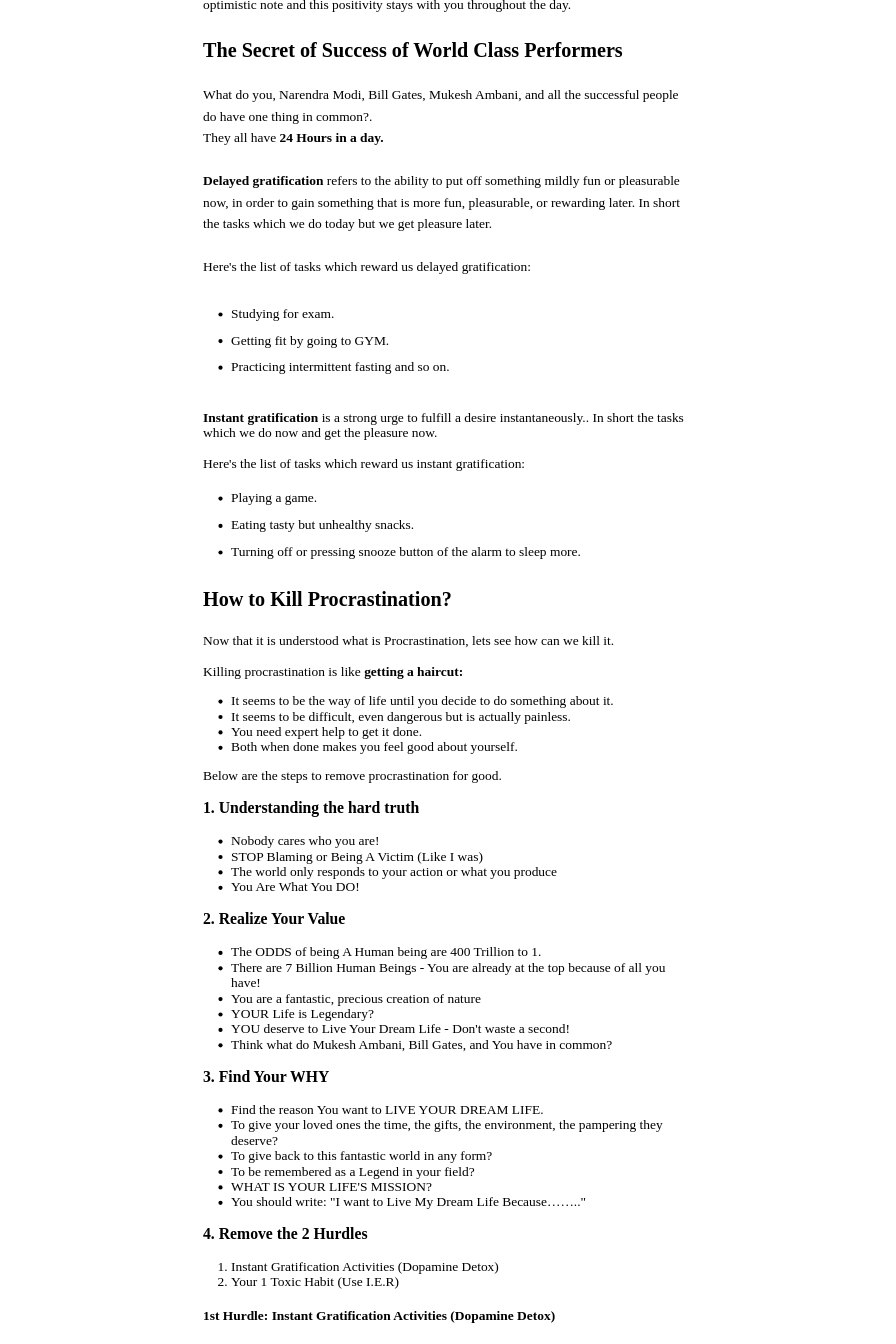
Repository: PuneetP16/Portfolio
Page: Wake Up At 5 AM Every Single Day Like Clockwork.html
The author's editor kept a copy of each file at every save. The page is drawn from the files as they stood at one save, then again after the next save.
The browser window is 1280 px wide. The pictures show the part of the page from y = 866 to 2786 px (the page is 4204 px tall before and 4020 px after), at 70% of full size.
A picture or video elsewhere on the page could not be fetched, so the positions and the page height are approximate. Some web fonts or font styles are not loaded; a fallback is used.

Above is the page before, as saved 2021-12-10 02:39:56.

After the next save:
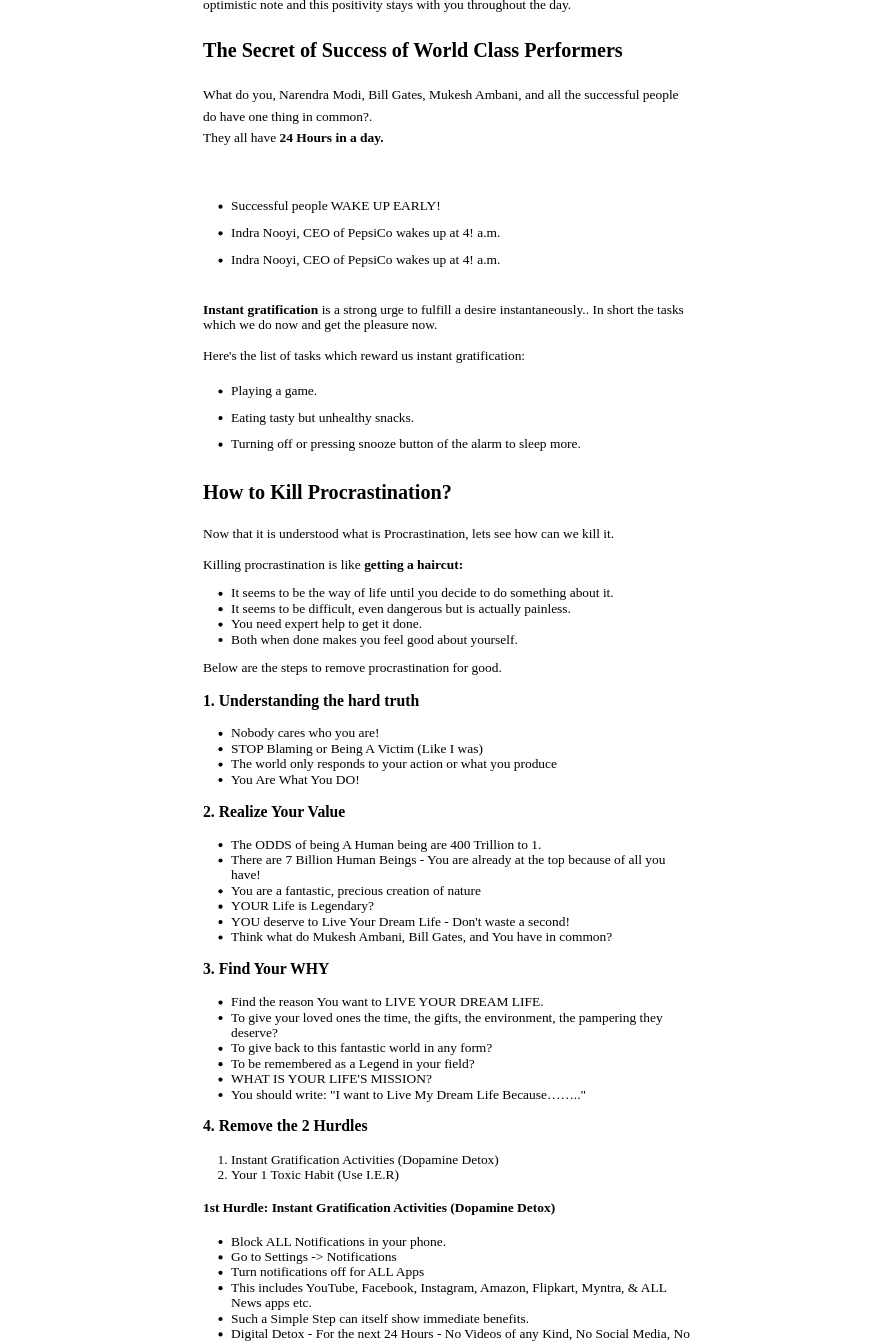
Saved 2 min 14 s later.
--- a/Wake Up At 5 AM Every Single Day Like Clockwork.html
+++ b/Wake Up At 5 AM Every Single Day Like Clockwork.html
@@ -28,12 +28,10 @@
     <p class="blog-paragraph">
       What do you, Narendra Modi, Bill Gates, Mukesh Ambani, and all the successful people do have one thing in common?.
      <br> They all have <strong>24 Hours in a day.</strong><br> <br>
-      <strong>Delayed gratification</strong> refers to the ability to put off something mildly fun or pleasurable now, in order to gain something that is more fun, pleasurable, or rewarding later. In short the tasks which we do today but we get pleasure later. <br><br>
-        Here's the list of tasks which reward us delayed gratification:
       <ul style="line-height: 2">
-        <li>Studying for exam.</li>
-        <li>Getting fit by going to GYM.</li>
-        <li>Practicing intermittent fasting and so on.</li>
+        <li>Successful people WAKE UP EARLY!</li>
+        <li>Indra Nooyi, CEO of PepsiCo wakes up at 4! a.m.</li>
+        <li>Indra Nooyi, CEO of PepsiCo wakes up at 4! a.m. </li>
       </ul>
       <br>
       <strong>Instant gratification</strong> is a strong urge to fulfill a desire instantaneously.. In short the tasks which we do now and get the pleasure now. <br><br>
